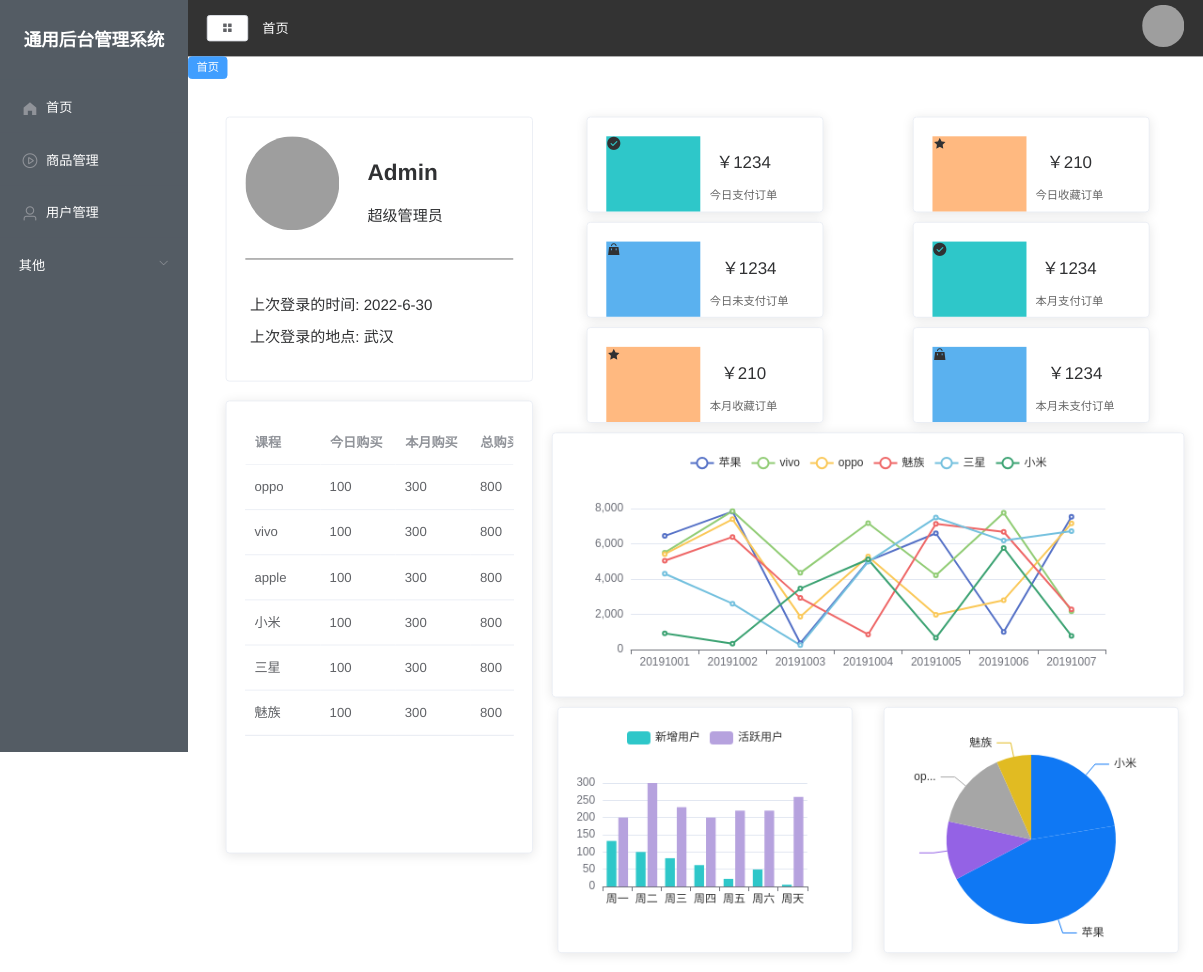
Repository: zhangwen001208/cmd
Page: /
The author's editor kept a copy of each file at every save. The page is drawn from the files as they stood at one save, then again after the next save.
The browser window is 1280 px wide. The pictures show the whole page, at 94% of full size.
Pictures or frames that could not be fetched are drawn as grey boxes. The project was rebuilt for these pictures with package versions that can differ from the ones it lists, and the page was loaded fresh each time. Also part of the build but not shown: vue.config.js.

Above is the page before, as saved 2022-08-27 17:45:52.

### src/main.js
import Vue from 'vue'
import App from './App.vue'
import router from './router'
import store from './store'
import ElementUI from 'element-ui';
import 'element-ui/lib/theme-chalk/index.css';

import 'normalize.css'
import './assets/css/index.less'

import '../src/request/mock.js'

Vue.config.productionTip = false

Vue.use( ElementUI )

new Vue({
  router,
  store,

  render: h => h(App)
}).$mount('#app')

### src/App.vue
<template>
  <div id="app">
    <router-view/>
  </div>
</template>

<style lang="less">
#app {
  font-family: Avenir, Helvetica, Arial, sans-serif;
  -webkit-font-smoothing: antialiased;
  -moz-osx-font-smoothing: grayscale;
  text-align: center;
  color: #2c3e50;
}

nav {
  padding: 30px;

  a {
    font-weight: bold;
    color: #2c3e50;

    &.router-link-exact-active {
      color: #42b983;
    }
  }
}
</style>

### src/router/index.js

import Vue from 'vue'
import VueRouter from 'vue-router'


Vue.use(VueRouter)

//即路由地址为’ / ’ 的页面，重复点击后重定向到的页面依然是Home页面，也就是所谓的产生了冗余导航，
const VueRouterPush = VueRouter.prototype.push
VueRouter.prototype.push = function push (location) {
  return  VueRouterPush.call(this, location).catch(err => err)
}


const routes = [
  {
    path: '/',
    name: 'main',
    component: () => import('../views/Main.vue'),
    children: [
      {
        path: '',
        name: 'home',

        component:() => import('../views/home/home.vue')
      },
      {
        path: '/user',
        name: 'user',
        component:() => import('../views/user/user.vue')
      },
      {
        path: '/mall',
        name: 'mall',
        component:() => import('../views/mall/mall.vue')
      },
      {
        path: '/page1',
        name: 'page1',
        component:() => import('../views/other/pageOne.vue')
      },
      {
        path: '/page2',
        name: 'page2  ',
        component:() => import('../views/other/pageTwo.vue')
      }



    ]
  },

]

const router = new VueRouter({
  mode: 'history',
  base: process.env.BASE_URL,
  routes
})






export default router

### src/store/index.js
import Vue from 'vue'
import Vuex from 'vuex'
import tab from './tab'

Vue.use(Vuex)

export default new Vuex.Store({
  state: {
  },
  getters: {
  },
  mutations: {
  },
  actions: {
  },
  modules: {
    tab
  }
})

### src/assets/css/index.less
@import './base.less';

### src/request/mock.js
import Mock from 'mockjs'
import homeApi from './home.js'


Mock.mock('/home/getData',homeApi.getStatisticalData )

### src/views/Main.vue
<template>
  <div class="home">
      <el-container style="height: 100%">
        <el-aside width="auto">
          <home-aside/>
        </el-aside>
        <el-container>
          <el-header class="header">
            <home-header></home-header>
          </el-header>
           <commandTag/>
          <el-main>
          <router-view></router-view>
          </el-main>
        </el-container>
    </el-container>


  </div>
</template>

<script>

// @ is an alias to /src

import HomeAside from '../components/HomeAside.vue'
import homeHeader from '../components/homeHeader.vue'
import commandTag from '../components/commendTag.vue'

export default {
  name: 'HomeView',
  components: {
    HomeAside,
    homeHeader,
    commandTag

  }
}
</script>
<style lang="less" scoped>
.header{
  background-color: #333;
}

</style>

### src/views/home/home.vue
<!-- eslint-disable vue/multi-word-component-names -->
<template>
    <div>
        <el-row class="home">
            <el-col :span="8" style="margin-top: 20px">
                <el-card shadow='hover'>
                    <div class="user">
                        <img :src="userImg">
                        <div class="userinfo">
                            <p class="name">Admin</p>
                            <p class="access">超级管理员</p>
                        </div>
                    </div>
                     <div class="login-info">
                            <p>上次登录的时间: <span>2022-6-30</span></p>
                            <p>上次登录的地点: <span>武汉</span></p>

                        </div>

                </el-card>
                <el-card style="margin-top: 20px; height: 480px">
                     <el-table
                        :data="tableData"
                        >
                        <el-table-column
                        v-for="(val, key) in tableLabel"
                         :key="key"
                         :prop= 'key'
                         :label= 'val'
                        >
                        </el-table-column>

                    </el-table>

                     </el-card>


            </el-col>
            <el-col :span="16" style="margin-top: 20px">
                <div class="num">
                    <el-card v-for="item in countData" :key="item.name" :body-style="{ display: 'flex', paddig: 0 }">
                        <i class="icon" :class="`el-icon-${item.icon}`" :style="{background: item.color}"></i>
                        <div class="detail">
                            <p class="num">￥{{item.value}}</p>
                            <p class="text">{{item.name}}</p>
                        </div>

                    </el-card>

                </div>
                <el-card style="height: 280px">
                    <div style="height: 280px" ref="echarts"></div>
                </el-card>

                <div class="graph">
                    <el-card style="height: 260px">
                        <div style="height: 240px" ref="userecharts"> </div>
                    </el-card>
                    <el-card style="height: 260px">
                        <div style="height: 240px" ref="videoecharts"> </div>
                    </el-card>
                </div>

            </el-col>

        </el-row>

    </div>
</template>

<script>
import { getData } from '../../request/data.js'
import * as echarts from 'echarts';



    export default {
        data() {
            return {
                userImg: require('../../assets/img/tx.jpeg'),
                tableData: [

                ],
                tableLabel: {
                    name: '课程',
                    todayBuy: '今日购买',
                    monthBuy: '本月购买',
                    totalBuy: '总购买'

                },
                countData: [
                    {
                        name: '今日支付订单',
                        value: '1234',
                        icon: 'success',
                        color: '#2ec7c9'
                    },
                    {
                        name: '今日收藏订单',
                        value: '210',
                        icon: 'star-on',
                        color: '#ffb980'
                    },
                    {
                        name: '今日未支付订单',
                        value: '1234',
                        icon: 's-goods',
                        color: '#5ab1ef'
                    },
                     {
                        name: '本月支付订单',
                        value: '1234',
                        icon: 'success',
                        color: '#2ec7c9'
                    },
                    {
                        name: '本月收藏订单',
                        value: '210',
                        icon: 'star-on',
                        color: '#ffb980'
                    },
                    {
                        name: '本月未支付订单',
                        value: '1234',
                        icon: 's-goods',
                        color: '#5ab1ef'
                    },
                ]
            }
        },
        mounted() {
            getData().then(res => {
                const { code, data } = res.data
                if(code === 20000){
                    this.tableData = data.tableData
                    const order = data.orderData
                    const xDate = order.date //拿到date作为x坐标
                    const keyArry = Object.keys(order.data[0])
                    const series = []
                    keyArry.forEach(key => {
                        series.push({
                            name: key ,
                            data: order.data.map(item => item[key]), //这样拿到的就是data里面的value
                            type: 'line' // 图型类型
                        })
                    })

                    const option = {
                          xAxis: {
                            data: xDate
                          },
                          yAxis: {},
                          legend: {
                            data: keyArry
                          },
                          series
                    }
                    const E = echarts.init(this.$refs.echarts)
                    E.setOption(option)

                    //柱状图
                    const userOption = {
                        legend: {
                            textStyle: {
                                color: '#333',
                            }
                        },
                        grid: {
                            trigger: 'axis'
                        },
                        xAxis: {
                            type: 'category',
                            data: data.userData.map(item => item.data),
                            axisLine:{
                               linestyle: {
                                color: '#17b3a3',
                               }
                            },
                            axisLabel: {
                                interval: 0,
                                color: '#333'
                            },
                        },
                        yAxis: [
                            {
                                type: 'value',
                                axisLine: {
                                    linestyle: {
                                        color: '#17b3a3'
                                    },
                                }
                            }
                        ],
                        color: ['#2ec7c9', '#b6a2de'],
                        series: [
                            {
                                name: '新增用户',
                                data: data.userData.map(item => item.new),
                                type: 'bar'
                            },
                             {
                                name: '活跃用户',
                                data: data.userData.map(item => item.active),
                                type: 'bar'
                            }
                        ]
                    }
                    const U = echarts.init(this.$refs.userecharts)
                    U.setOption(userOption)

                    //饼图
                    const videoOption = {
                        tooltip: {
                            trigger: 'itme'
                        },
                        color:[
                            '#0f78f4',
                            'dd536b',
                            '#9462e5',
                            '#a6a6a6',
                            '#e1bb22',
                            '#39c362',
                            '#3ed1cf'
                        ],
                        series: [
                            {
                                data: data.videoData,
                                type: 'pie'
                            }
                        ]
                    }

                    const V = echarts.init(this.$refs.videoecharts)
                    V.setOption(videoOption)

                }
                console.log(res)
            })
        },

    }
</script>

<style lang="less" scoped>
.user {
    display: flex;
    padding-bottom: 20px;
    border-bottom: 1px solid #666;

    img{
        width: 100px;
        height: 100px;
        border-radius: 50%;
        margin-right:  30px;
    }
    .name {
        font-weight: 800;
        font-size: 24px;
    }
    .user {
        font-size: 14px;
    }
}
.login-info {
    margin-top: 40px;
    margin-left: 5px;
}
.num {
    display: flex;
    flex-wrap: wrap;
    justify-content: space-around;

    i {
        display: block;
        width: 100px;

    }
    .el-card {
        width: 250px;
        height: 100px;
        margin-bottom : 10px ;
    }
    .detail {
        margin-left: 10px;
        .num {
        font-size: 18px;
         }
        .text {
            font-size: 12px;
            color: #666;
         }

    }







}
.el-card {
    margin-left: 20px;
}
.graph {
    display: flex;
    justify-content: space-around;
    margin-top: 10px;

    .el-card{
        width: 45%;
    }
}

</style>

### src/store/tab.js
export default {
    state: {
       isCollapse: false,
       tabsList: [
        {
            path: '/',
            name: 'home',
            label: '首页',
            icon: 'home'
        }
       ],
       currentMenu: null
    },
    mutations: {
        Collapsemenu(state) {
            state.isCollapse = !state.isCollapse
        },
        selectMenu(state, val) {
            if(val.name !== 'home') {
                state.currentMenu = val
                const result = state.tabsList.findIndex(item => item.name === val.name)

                if(result === -1) {
                    state.tabsList.push(val)
                }else {
                    state.currentMenu == null;
                }
            }
        }

    }
}

### src/assets/css/base.less

body{
    padding: 0;
    margin: 0;
}

html,body,#app {
    width: 100%;
    height: 100%;
    text-align: left;
}

### src/components/HomeAside.vue
<template>
<el-menu  default-active="1-4-1"
    class="el-menu-vertical-demo"
     background-color= '#545c64'
     text-color="#fff"
     active-text-color="#ffd04b"
    @open="handleOpen" @close="handleClose"
    :collapse="isCollapse">
  <h3>{{isCollapse? '后台': '通用后台管理系统'}}</h3>
  <el-menu-item  @click="clickmenu(item)" v-for="item in nochildren" index="item.path" :key="item.path">
    <i :class="'el-icon-'+item.icon"></i>
    <span slot="title">{{item.label}}</span>
  </el-menu-item>
  <el-submenu v-for="item in haschildren" index="item.path" :key="item.path">
    <template slot="title">
      <i class="'el-icon-'+item.icon"></i>
      <span slot="title">{{item.label}}</span>
    </template>
    <el-menu-item-group v-for="subitem in item.children" index='subitem.path' :key="subitem.path">

      <el-menu-item @click="clickmenu(subitem)" index="1-1">{{subitem.label}}</el-menu-item>

    </el-menu-item-group>

  </el-submenu>


</el-menu>

</template>

<script>
export default {
    data() {
      return {

        menu:[
          {
            path: '/',
            name: 'home',
            label: '首页',
            icon: 's-home',
            url: 'Home/home'
          },
           {
            path: '/mall',
            name: 'mall',
            label: '商品管理',
            icon: 'video-play',
            url: 'MallManage/MallManage'
          },
           {
            path: '/user',
            name: 'user',
            label: '用户管理',
            icon: 'user',
            url: 'UserManage/UserManage'
          },
           {

            label: '其他',
            icon: 'location',
           children: [
            {
            path: '/page1',
            name: 'page1',
            label: '页面1',
            icon: 'setting',
            url: 'Other/pageOne'
            },
            {
            path: '/page2',
            name: 'page2',
            label: '页面2',
            icon: 'setting',
            url: 'Other/pageTwo'
            }

           ]
          }

        ]
      };
    },
    methods: {
      handleOpen(key, keyPath) {
        console.log(key, keyPath);
      },
      handleClose(key, keyPath) {
        console.log(key, keyPath);
      },
      clickmenu(item) {
        if(this.$router.path !== item.path) {
            this.$router.push({
            name: item.name,
        })
        }
        this.$store.commit('selectMenu', item)


      }
    },
    computed: {
      nochildren() {
        return this.menu.filter(item => !item.children)
      },
      haschildren() {
         return this.menu.filter(item => item.children)
      },
      isCollapse() {
        return  this.$store.state.tab.isCollapse
      }
    }
  }
</script>

<style lang="less" scoped>
  .el-menu-vertical-demo:not(.el-menu--collapse) {
    width: 200px;
    height: 800px;

  }
  .el-menu {
    height: 800px;
    border: none;
    h3{
      color: #fff;
      text-align: center;
      line-height: 48px;

    }
  }

</style>

### src/components/homeHeader.vue
<template>
   <header>
        <div class="l-content">
            <el-button @click="hadrlemenu" plain icon="el-icon-menu" size="mini"></el-button>
            <!-- <h3 style="color: #fff">首页</h3> -->
            <el-breadcrumb separator="/">
                    <el-breadcrumb-item v-for="item in tags" :key="item.path" :to="{ path: item.path }">{{item.label}}</el-breadcrumb-item>


            </el-breadcrumb>
         </div>
         <div class="r-content">
            <el-dropdown trigger="click" szie="mini">
                <span>
                    <img class="user" :src="userImg">
                </span>
                <el-dropdown-menu slot="dropdown">
                    <el-dropdown-item>个人中心</el-dropdown-item>
                    <el-dropdown-item>退出</el-dropdown-item>
                </el-dropdown-menu>

            </el-dropdown>

         </div>
   </header>

</template>

<script>

import {mapState} from 'vuex'

    export default {
        name: 'homeHeader',
        data() {
            return {
                userImg: require('../assets/img/tx.jpeg')
            }
        },
        methods: {
            hadrlemenu() {
                this.$store.commit('Collapsemenu')
            }
        },
        computed: {
            ...mapState({
                tags: state => state.tab.tabsList
            })


        },





    }
</script>

<style lang="less" scoped>
header {
    display: flex;
    height: 100%;
    justify-content: space-between;
    align-items: center;
    .l-content {
        display: flex;
        align-items: center;
        .el-button {
            margin-right: 15px;

        }
        .el-breadcrumb ::v-deep .el-breadcrumb__inner {
        color: #fff !important;
}
    }
    .r-content {
        .user {
            width: 45px;
            height: 45px;
            border-radius: 50%;
        }
    }


}


</style>

### src/components/commendTag.vue
<template>
    <div>
      <el-tag
        v-for="(tag,index) in tags"
        :key="tag.name"
        :closable ="tag.name !== 'home'"
        :effect= "$route.name == tag.name? 'dark': 'plain' "
        @click="changmenu(tag)"
        @close= "handleClose(tag, index)"
        size="small"
        >
        {{tag.label}}
     </el-tag>


    </div>
</template>

<script>
import { mapState } from 'vuex'


    export default {
        name: 'commandTag',
        data() {
            return {

            }
        },
        computed: {
            ...mapState({
                tags: state => state.tab.tabsList
            })
        },
        created() {
            console.log(this.tags)
        },
        methods: {
            changmenu(item) {
                this.$router.push({
                    name: item.name
                })

            },
            handleClose(tag){
            this.tags.splice(this.tags.indexOf(tag), 1);
            }
        },



    }
</script>

<style lang="scss" scoped>

</style>

### src/request/data.js
import axios from 'axios'


export const getData = () => {
    return axios.request({
        url: '/home/getData'

    })
}

Loaded but not shown: public/index.html (common file); src/request/home.js (129 lines, source omitted)

After the next save:
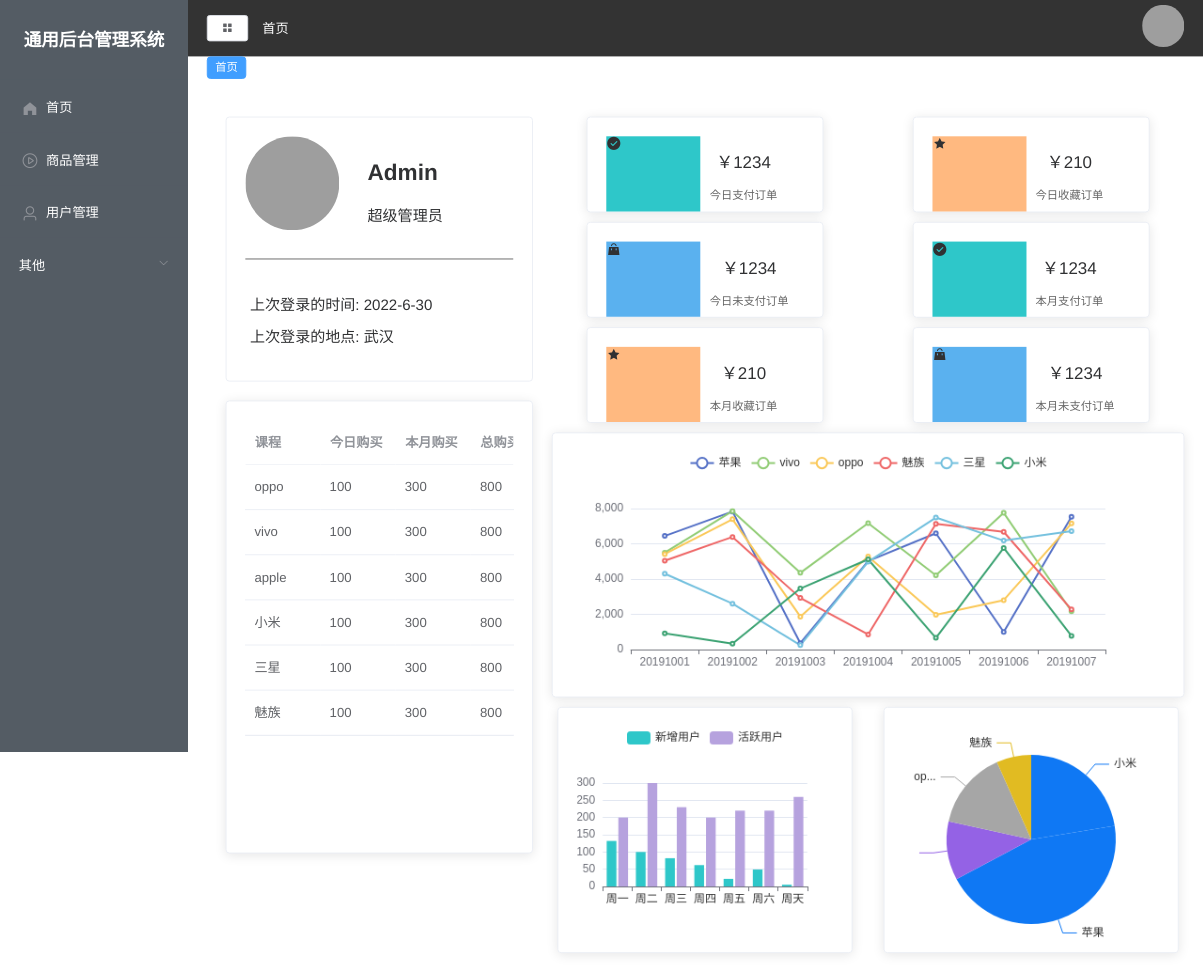
Saved 74 s later.
--- a/src/components/commendTag.vue
+++ b/src/components/commendTag.vue
@@ -1,5 +1,5 @@
 <template>
-    <div>
+    <div class="tag">
       <el-tag
         v-for="(tag,index) in tags"
         :key="tag.name"
@@ -52,6 +52,10 @@ import { mapState } from 'vuex'
     }
 </script>
 
-<style lang="scss" scoped>
+<style lang="less" scoped>
+
+.tag {
+    margin-left: 20px;
+}
 
 </style>
